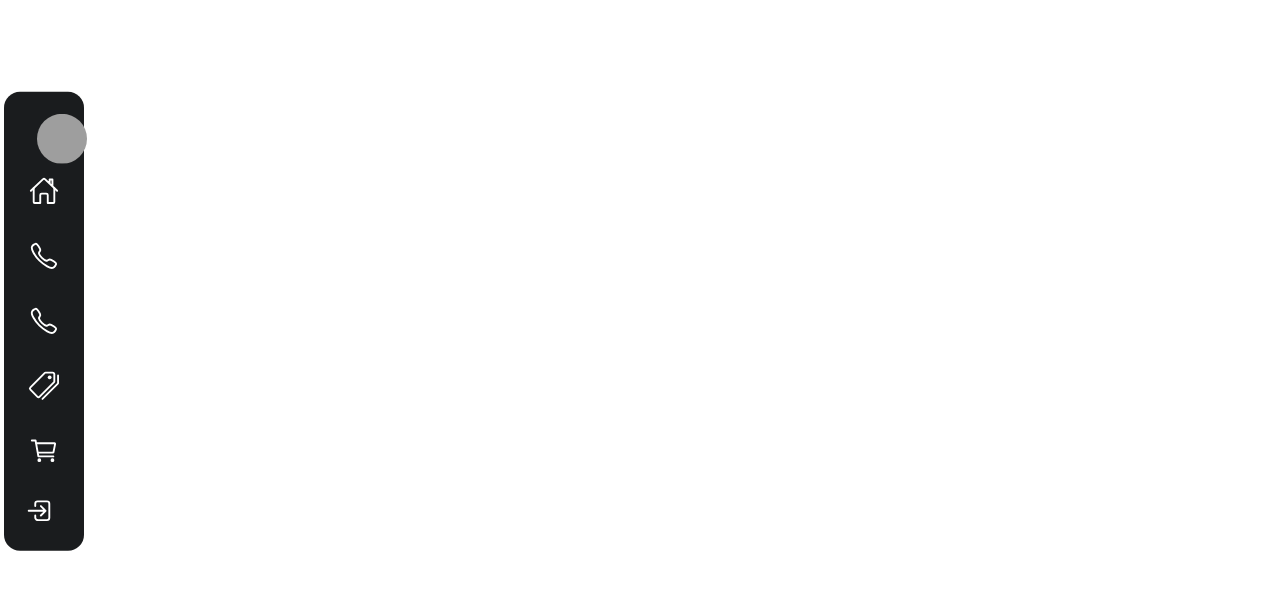
Repository: Fuocmanh/demo
Page: site/nav.html
The author's editor kept a copy of each file at every save. The page is drawn from the files as they stood at one save, then again after the next save.
The browser window is 1280 px wide. The pictures show the whole page.
Pictures or frames that could not be fetched are drawn as grey boxes.

Above is the page before, as saved 2022-12-30 12:40:18.

### site/nav.html
<!DOCTYPE html>
<html lang="en">

<head>
    <meta charset="UTF-8">
    <meta name="viewport" content="width=device-width, initial-scale=1" />
    <link rel="stylesheet" href="../css/style.css">
    <script type="module" src="https://unpkg.com/ionicons@5.5.2/dist/ionicons/ionicons.esm.js"></script>
    <script nomodule src="https://unpkg.com/ionicons@5.5.2/dist/ionicons/ionicons.js"></script>
</head>

<body class="box">
    <div class="sidebar">
        <a href="#" class="logo">
            <img src="https://i.pinimg.com/550x/dd/6d/22/dd6d2277032c5f365dd3149d45b3a820.jpg" alt="" class="logo-image" />
        </a>
        <nav>
            <ul class="menu">
                <li class="menu-item">
                    <a href="#" class="menu-link">
                        <ion-icon name="home-outline"></ion-icon>
                        <span>Trang chủ</span>
                    </a>
                </li>
                <li class="menu-item">
                    <a href="#" class="menu-link">
                        <ion-icon name="call-outline"></ion-icon>
                        <span>Liên hệ</span>
                    </a>
                </li>
                <li class="menu-item">
                    <a href="#" class="menu-link">
                        <ion-icon name="call-outline"></ion-icon>
                        <span>Giới thiệu</span>

                    </a>
                </li>
                <li class="menu-item">
                    <a href="#" class="menu-link">
                        <ion-icon name="pricetags-outline"></ion-icon>
                        <span>Sản phẩm</span>
                    </a>
                </li>
                <li class="menu-item">
                    <a href="#" class="menu-link">
                        <ion-icon name="cart-outline"></ion-icon>
                        <span>Giỏ hàng</span>
                    </a>
                </li>
                <li class="menu-item" style="margin: -5px;">
                    <a href="#" class="menu-link">
                        <ion-icon name="log-in-outline"></ion-icon>
                        <span>Đăng xuất</span>
                    </a>
                </li>
            </ul>
        </nav>

        <!-- <div class="">
            <a href="#!"><ion-icon name="log-in-outline"></ion-icon></a>
        </div> -->
    </div>
    <script src="../js/style.js"></script>
</body>

</html>

### css/style.css
@import url('https://fonts.googleapis.com/css2?family=Quicksand:wght@300;400;500;600;700&display=swap');

html {
    font-family: 'Quicksand', sans-serif;
}

* {
    /* font-size: 18px; */
    width: 100%;
    margin: 0px;
    padding: 0px;
    box-sizing: border-box;
}


.sidebar {
    background-color: #1A1C1E;
    width: 80px;

    height: 100%;
    padding: 30px 5px;
    border-radius: 16px;
    transform: translate(5%,20%);
}
.sidebar:hover{
    width: 200px;
}
.sidebar:not(:hover) .menu-link span{
    display: none;
}
ion-icon {
    font-size: 30px;
    color: #FFFFFF;
}
.sidebar:not(:hover) .logo{
    transform: translate(-18px);

}
.logo{
    width: 100%;
    height: 50px;
}
.logo-image{
    transform: translateY(-8px);
    margin: 0 40%;
    width: 50px;
    height: 50px;
    border-radius: 50%;
}



li {
    width: 100%;
    display: flex;
    align-items: center;
    justify-content: center;
  margin-bottom: 35px;
}

.menu-link {
    display: flex;
    color: #FFFFFF;
    list-style: none;
    text-decoration: none;
}

.menu-link span {
    transform: translate(-25px, 5px);
}

### js/style.js
var nav = document.getElementById('nav');
function hideShowNav(){
    display=nav.style.display ;
    display=='none'?nav.style.display ='block':nav.style.display ='none';
    // nav.style.opacity='1';
}
// function onchane(){
//     let width = document.getElementsByClassName('.box').style.width='50%';
// console.log(width);
// }

After the next save:
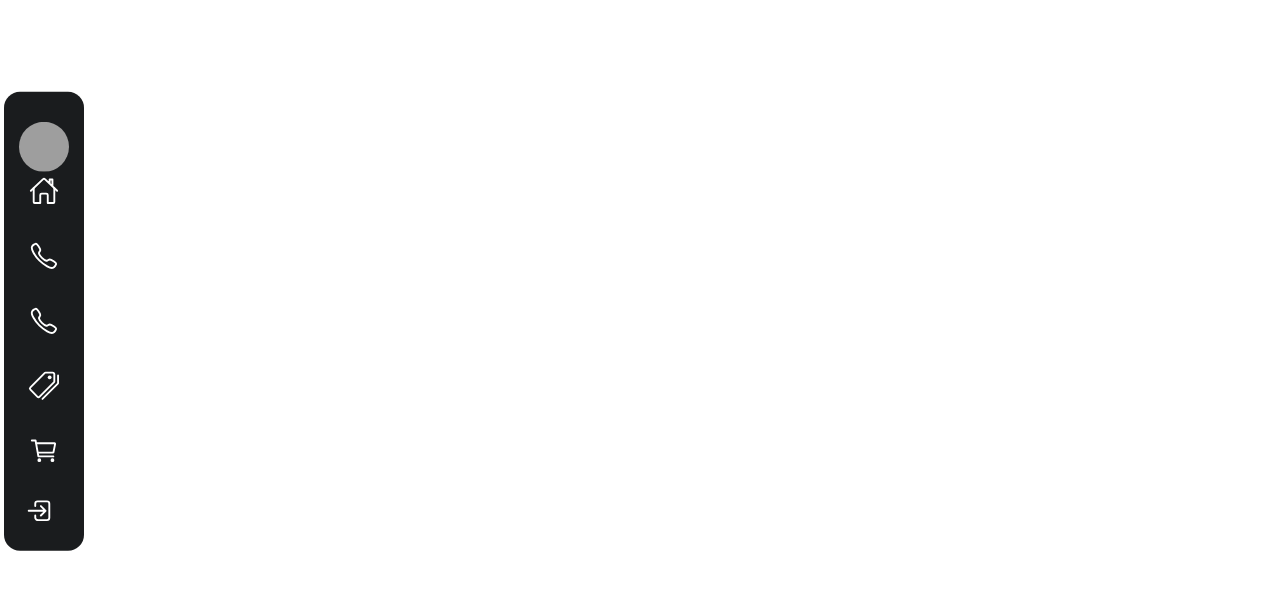
Saved 6 s later.
--- a/css/style.css
+++ b/css/style.css
@@ -32,7 +32,7 @@ ion-icon {
     font-size: 30px;
     color: #FFFFFF;
 }
-.sidebar:not(:hover) .logo{
+.sidebar:not(:hover) .logo-image{
     transform: translate(-18px);
 
 }
